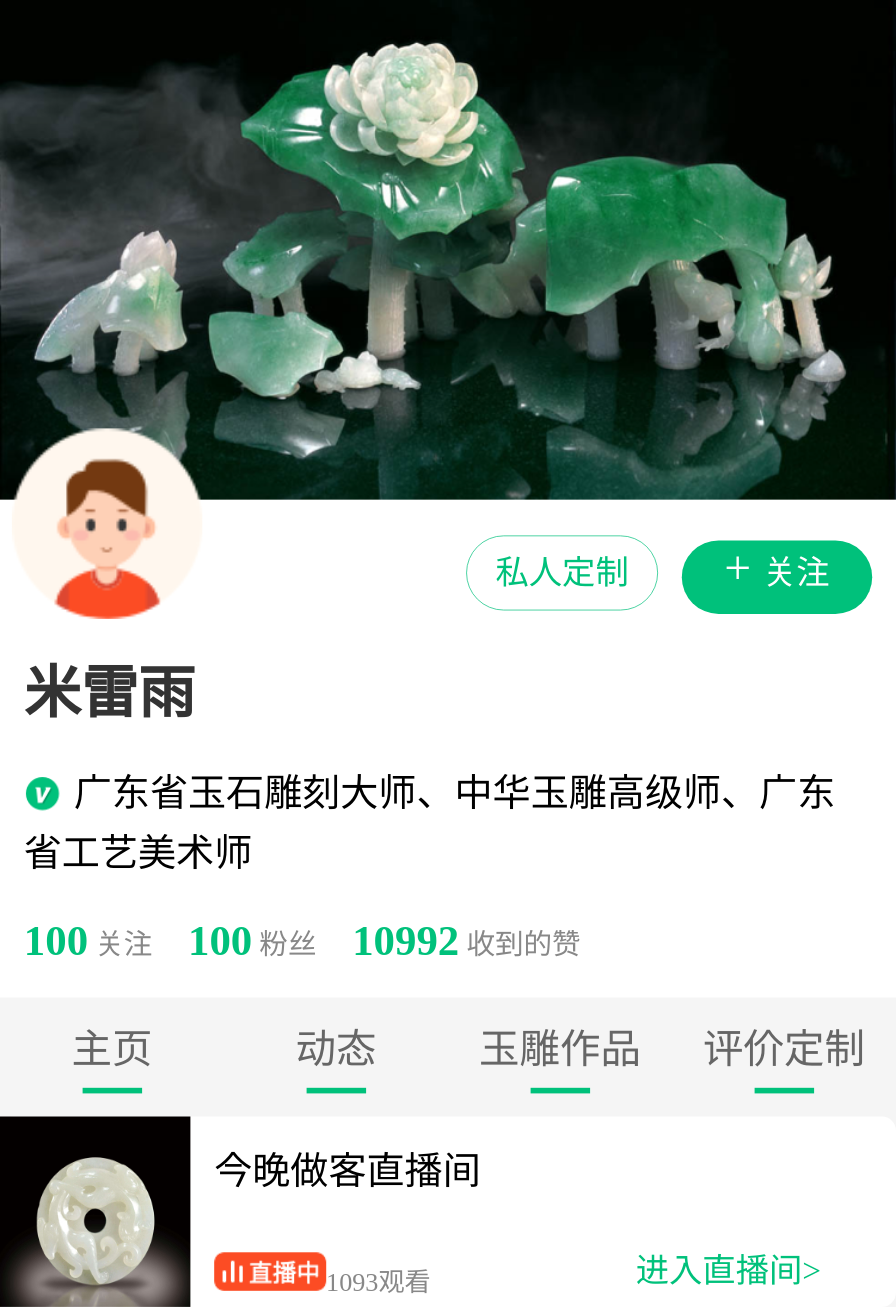
Repository: 1yanglulu/-
Page: html/jadecarvemaincenter.html
An editor plug-in stored every save of this project. The page is shown before and after the next save, followed by the edit.
The browser window is 1280 px wide. The pictures show the whole page, at 70% of full size.

Above is the page before, as saved 2020-01-07 16:55:43.

### html/jadecarvemaincenter.html
<!DOCTYPE html>
<html lang="en">
<head>
  <meta charset="UTF-8">
  <meta name="viewport" content="width=device-width, user-scalable=no, initial-scale=1.0, maximum-scale=1.0, minimum-scale=1.0">
  <meta http-equiv="X-UA-Compatible" content="ie=edge">
  <title>玉雕师详情</title>
  <link rel="stylesheet" href="../css/common.css">
  <link rel="stylesheet" href="../css/jadecarvemaincenter.css">
  <link rel="stylesheet" href="../css/jadehomepage.css">
</head>
<body class="bac-color">
  <div class="jade-main-center  bac-color">
    <div class="top-banner">
      <img src="../images/mainbac.png" alt="" class="banner-bac">
    </div>
    <div class="avatar-box">
      <img src="../images/defaultImg.png" alt="" class="default-img">
      <div class="btn-box fn">
        <a href="javascript:void(0);" class="self-made">私人定制</a>
        <div class="follow-btn"><span class="add-icon">+</span>关注</div>
      </div>
      <div class="jade-name">
        米雷雨
      </div>
      <div class="jade-introduce fn">
        <img src="../images/vipicon.png" alt="vip" class="vip-icon">
        <span class="touxian">广东省玉石雕刻大师、中华玉雕高级师、广东省工艺美术师</span>
      </div>
      <div class="jade-hot-num">
        <span class="for-num">100</span>关注<span class="for-num">100</span>粉丝<span class="for-num">10992</span>收到的赞
      </div>
    </div>
    <div class="jade-tab clearfix">
      <div class="jade-tab-item fl  fn">
        <span>主页</span>
        <div class="tab-line"></div>
      </div>
      <div class="jade-tab-item fl  fn">
        <span>动态</span>
        <div class="tab-line"></div>
      </div>
      <div class="jade-tab-item fl  fn">
        <span>玉雕作品</span>
        <div class="tab-line"></div>
      </div>
      <div class="jade-tab-item fl  fn">
        <span>评价定制</span>
        <div class="tab-line"></div>
      </div>
    </div>
    <div id="home-page-con">
    </div>
    <div class="active-page-con">
    </div>
    <div class="jade-works-page-con">
    </div>
    <div class="jade-comment-made-page-con">
    </div>
  </div>
  <script src="../js/jquery-3.3.1.min.js"></script>
  <script src="../js/rem.js"></script>
  <script src="../js/jadecarvemaincenter.js"></script>
  <script>
    $(document).ready(function(){
    　　$("#home-page-con").load("./jadehomepage.html")
    });
  </script>
</body>
</html>

### css/common.css
h2,body,div,html,ul,li,a,img{
  margin: 0;
  padding: 0;
}
a,img{
  display:block;
}
.fn{
  font-size:0;
}
ul{
  margin-block-start: 0;
  margin-block-end: 0;
  padding-inline-start: 0;
}
ul li{
  list-style: none;
}
a{
  text-decoration: none;
}
.clearfix:after{/*伪元素是行内元素 正常浏览器清除浮动方法*/
  content: "";
  display: block;
  height: 0;
  clear:both;
  visibility: hidden;
}
.clearfix{
  *zoom: 1;/*ie6清除浮动的方式 *号只有IE6-IE7执行，其他浏览器不执行*/
}
.fl{
  float: left;
}
.fr{
  float:right;
}
.bac-color{
  /* background:rgb(248,248,248); */
  background: #f5f5f5;
}

### css/jadecarvemaincenter.css
.jade-main-center{
  width: 100%;
}
.top-banner{
  background: #fff;
}
.banner-bac{
  width: 100%;
  height: 4.2rem;
  display: block
}
.default-img{
  width: 1.6rem;
  height: 1.6rem;
}
.avatar-box{
  position: relative;
  background: #fff;
}
.default-img{
  position: absolute;
  left:.1rem;
  top:-.6rem;

}
.avatar-box{
  padding:0 .2rem 0.3rem;
}
.btn-box{
  text-align: right;
  padding: .3rem 0;
}
.self-made{
  display: inline-block;
  padding: 0 .24rem;
  text-align: center;
  line-height: .62rem;
  border: 1px solid #00C17B;
  border-radius:.33rem;
  background: #fff;
  font-size: .28rem;
  color: #00C17B;
  margin-right: .2rem;
}
.follow-btn{
  width: 1.6rem;
  height: .62rem;
  text-align: center;
  background: #00C17B;
  border-radius:.33rem;
  font-size: .28rem;
  color: #FFFFFF;
  display: inline-block;
}
.add-icon{
  font-size: .4rem;
  color: #FFFFFF;
  margin-right: .1rem;
}
.jade-name{
  font-size: .48rem;
  color: #333333;
  line-height: .58rem;
  text-align: left;
  margin-top: .08rem;
  font-weight: bold;
  margin-bottom: .3rem;
  background: #fff;
}
.jade-introduce{
  margin-bottom: .3rem;
  background: #fff;
}
.vip-icon{
  width: .32rem;
  height: .32rem;
  display: inline-block;
  margin-right: .1rem;
  vertical-align: middle;
}
.touxian{
  font-size: .32rem;
  color: #000000;
  line-height: .5rem;
  vertical-align: middle;
}
.jade-hot-num{
  font-size: .24rem;
  color: #888888;
  text-align: center;
  text-align: left;
  background: #fff;
}
.jade-hot-num .for-num{
  font-size: .36rem;
  color: #00C17B;
  text-align: center;
  font-weight: bold;
  margin-left: .3rem;
  vertical-align: bottom;
  line-height: 0.36rem;
  margin-right: .06rem;
}
.jade-hot-num .for-num:first-child{
  margin-left: 0;
}
.jade-tab{
  height: 1rem;
}
.jade-tab .jade-tab-item{
  width: 25%;
  height: 100%;
  text-align: center;
  padding-top: 0.2rem;
  box-sizing: border-box;
}
.jade-tab .jade-tab-item>span{
  display: block;
  height: 0.48rem;
  text-align: center;
  line-height: .48rem;
  margin-bottom: .08rem;
  font-size: .34rem;
  color: #666666;
}
.tab-line{
  width: .5rem;
  height: .05rem;
  background: #00C17B;
  display: inline-block;
}
.active-style{
  color:#00C17B
}
.home-page-con{
  padding:0 .2rem;
}

### css/jadehomepage.css
.bodyStyle{
  padding:0 .2rem;
}
.home-top{
  width: 100%;
  height: 1.6rem;
  background: #FFFFFF;
  border-radius: .12rem;
}
.live-bac{
  display: inline-block;
  width: 1.6rem;
  height: 100%;
  vertical-align: middle;
}
.live-con{
  height: 100%;
  width: 5.5rem;
  padding:.2rem;
  display: inline-block;
  vertical-align: middle;
  box-sizing: border-box;
}
.live-title{
  font-size: .32rem;
  color: #000000;
  letter-spacing: 0;
  margin-bottom: 0.48rem;
}
.live-status{
  display: inline-block;
  width: .94rem;
  height: .32rem;
}
.live-status>img{
  width: .18rem;
  height: .18rem;
  display: inline-block;
}
.live-visitor-num{
  display: inline-block;
  font-size: .22rem;
  color: #888888;
}
.live-detail>img{
  display: inline-block;
  width: .94rem;
  height: .32rem;
}
.live-detail>a{
  display: inline-block;
  font-size: .28rem;
  color: #00C17B;
  text-align: center;
  line-height: .32rem;
}

### js/rem.js
(function (doc, win) {
    var docEl = doc.documentElement,
        resizeEvt = 'orientationchange' in window ? 'orientationchange' : 'resize',
        recalc = function () {
            var clientWidth = docEl.clientWidth;
            if (!clientWidth) return;
            docEl.style.fontSize =Math.floor(100*(clientWidth / 750))+ 'px';
        };
    if (!doc.addEventListener) return;
    win.addEventListener(resizeEvt, recalc, false);
    doc.addEventListener('DOMContentLoaded', recalc, false);
})(document,window);

### html/jadehomepage.html
<div class="home-top fn">
  <img src="../images/yushi1.jpg" alt="直播间封面" class="live-bac">
  <div class="live-con fn">
    <div class="live-title">今晚做客直播间</div>
    <div class="live-detail fn clearfix">
      <img src="../images/livingicon.gif" alt="">
      <div class="live-visitor-num">1093观看</div>
      <a href="javascript:void(0);" class="fr">进入直播间> </a>
    </div>
  </div>
</div>

Loaded but not shown: js/jquery-3.3.1.min.js (library); js/jadecarvemaincenter.js (no stored copy; drawn as an empty file)

After the next save:
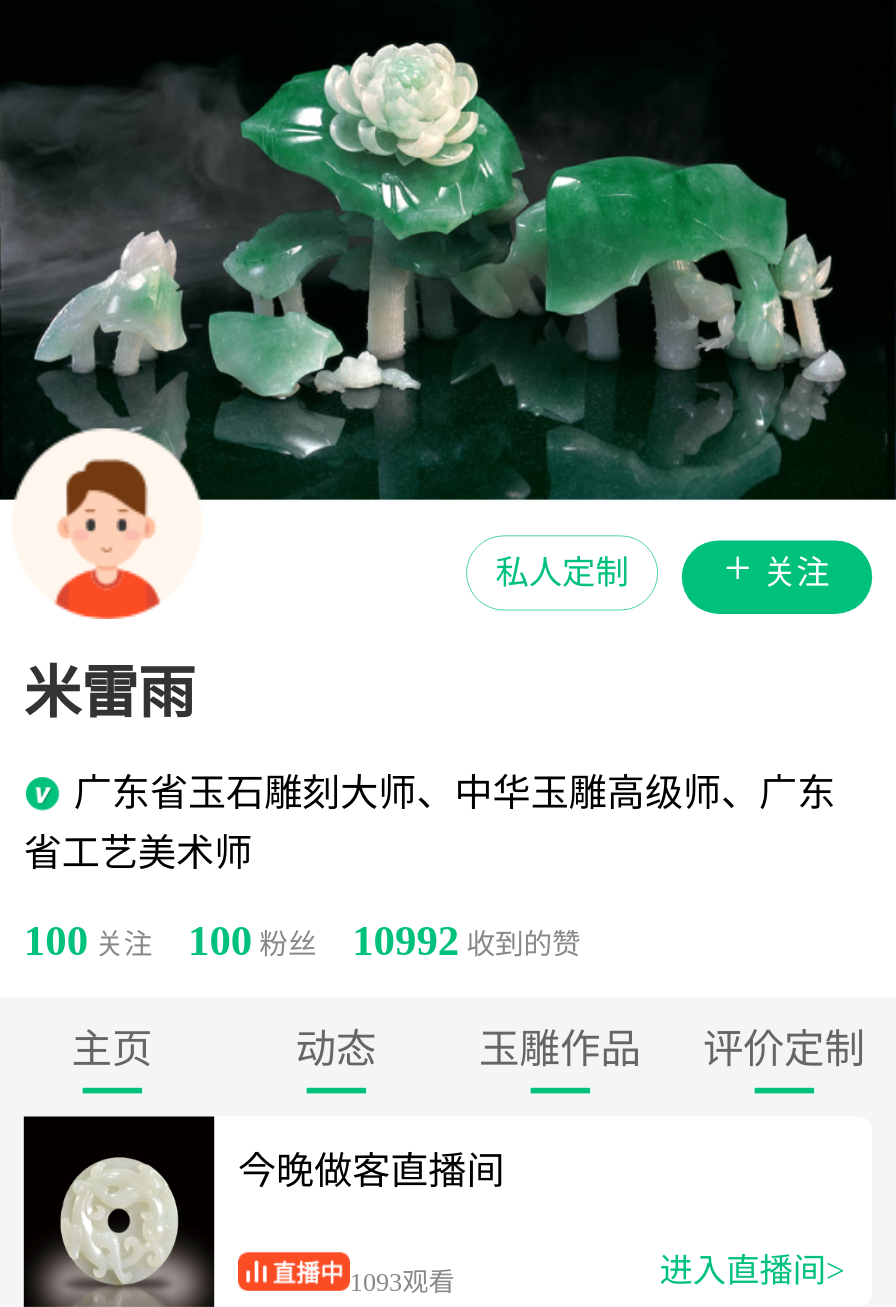
Saved 107 s later.
--- a/css/jadecarvemaincenter.css
+++ b/css/jadecarvemaincenter.css
@@ -132,6 +132,6 @@
 .active-style{
   color:#00C17B
 }
-.home-page-con{
+#home-page-con{
   padding:0 .2rem;
 }
